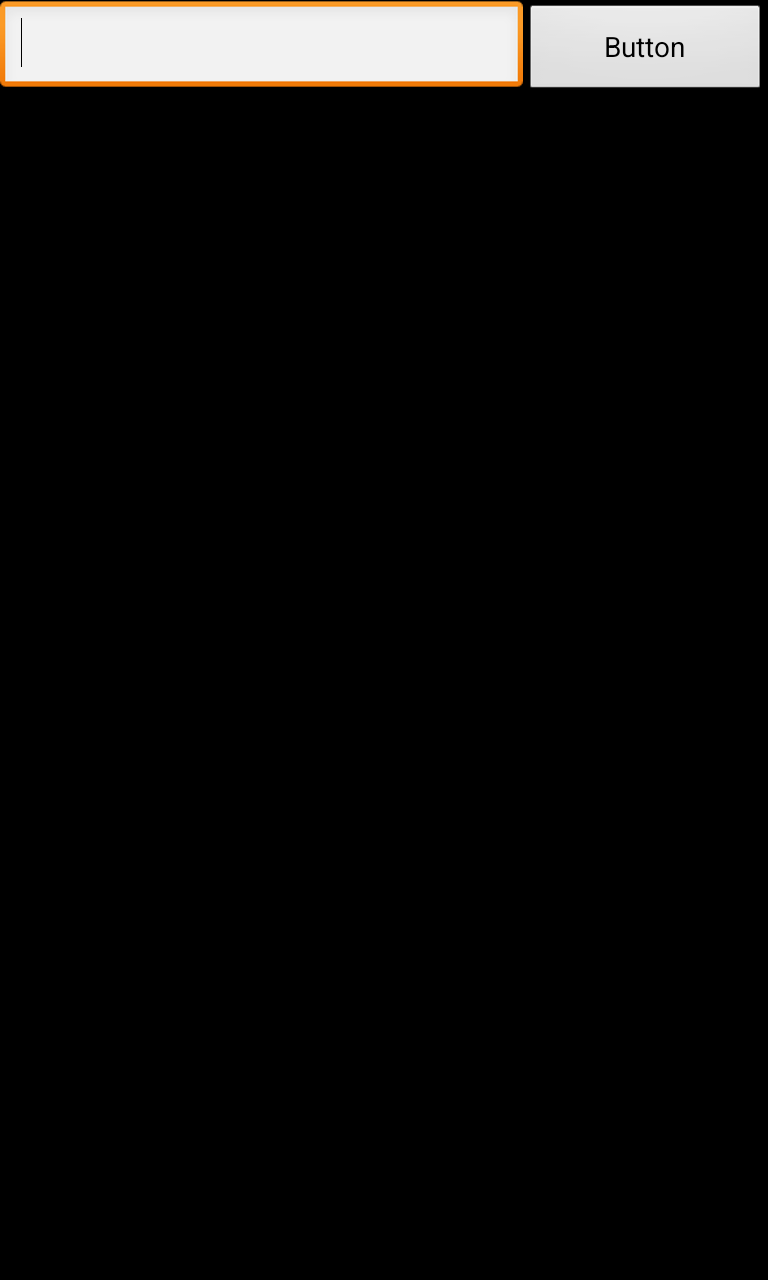
Repository: pazuzu156/KKAndroid
Layout: InitialRepoApp/res/layout/main.xml
These files come from the project's save history. The layout is drawn as it stood at one moment and after the next save; the edit follows.
It is drawn on a 768 x 1280 px phone screen (xhdpi) without system bars, with theme android:Theme; the app's code is not run.

Above is the layout before, as saved 2012-06-17 06:05:05.

### InitialRepoApp/res/layout/main.xml
<?xml version="1.0" encoding="utf-8"?>
<LinearLayout xmlns:android="http://schemas.android.com/apk/res/android"
    android:layout_width="fill_parent"
    android:layout_height="fill_parent"
    android:orientation="vertical" >

    <LinearLayout
        android:layout_width="match_parent"
        android:layout_height="wrap_content" >

        <EditText
            android:id="@+id/editText1"
            android:layout_width="wrap_content"
            android:layout_height="wrap_content"
            android:layout_weight="8" >

            <requestFocus />
        </EditText>

        <Button
            android:id="@+id/button1"
            android:layout_width="wrap_content"
            android:layout_height="wrap_content"
            android:layout_weight="2"
            android:text="Button" />

    </LinearLayout>

</LinearLayout>

After the next save:
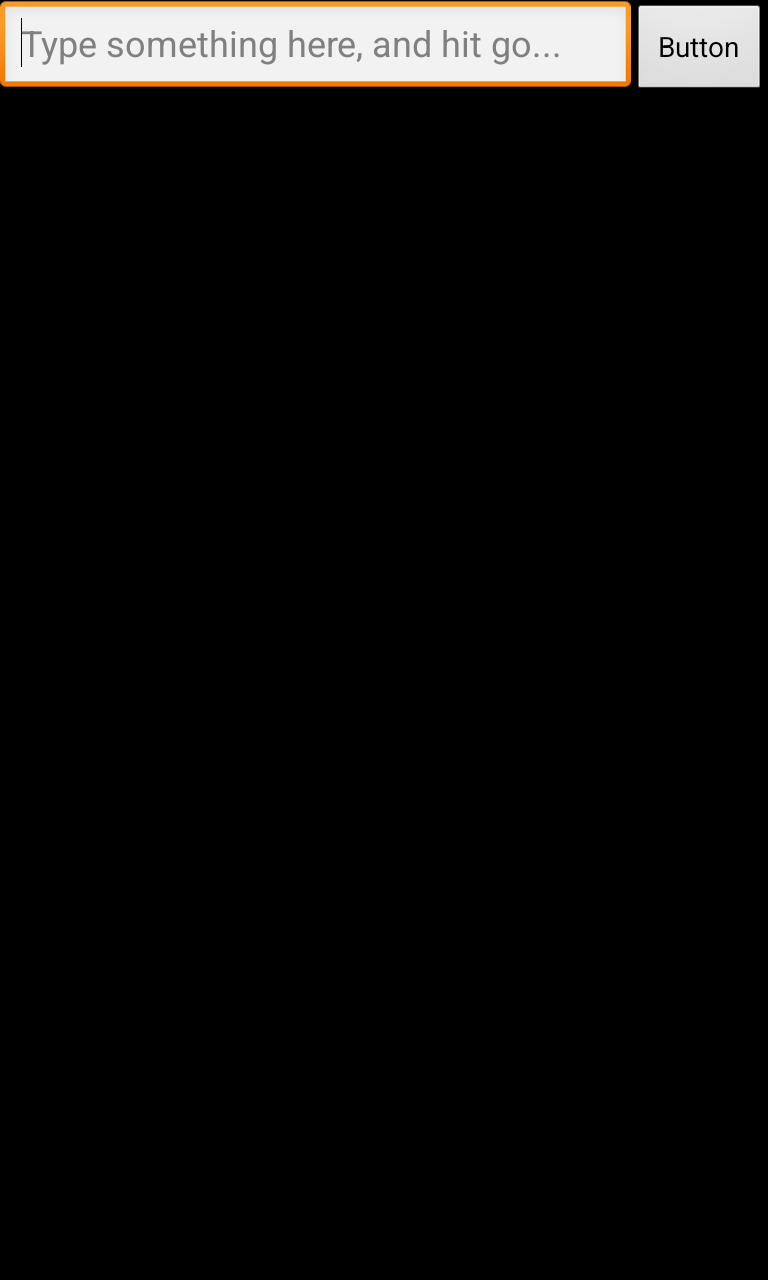
Saved 13 s later.
--- a/InitialRepoApp/res/layout/main.xml
+++ b/InitialRepoApp/res/layout/main.xml
@@ -12,7 +12,8 @@
             android:id="@+id/editText1"
             android:layout_width="wrap_content"
             android:layout_height="wrap_content"
-            android:layout_weight="8" >
+            android:layout_weight="8"
+            android:hint="Type something here, and hit go..." >
 
             <requestFocus />
         </EditText>
